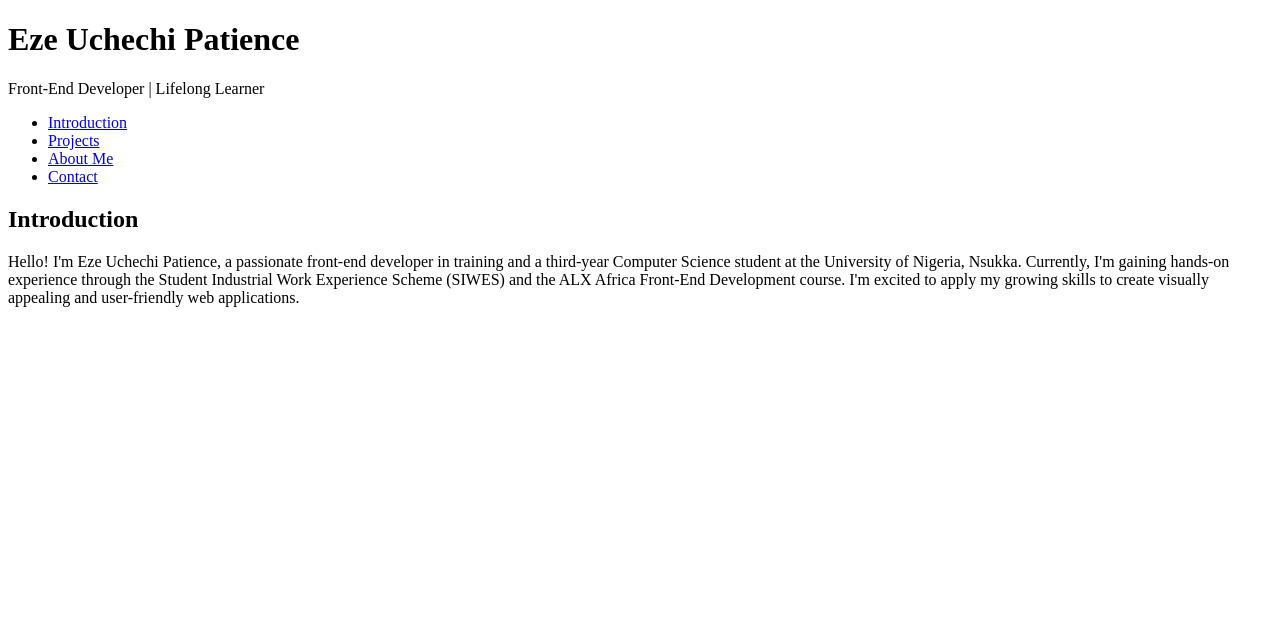
Repository: Patience225/My_First_Portfolio
Page: Portfolio/index.html
These files come from the project's save history. The page is drawn as it stood at one moment and after a run of saves; the edit follows.
The browser window is 1280 px wide. The pictures show the whole page.

Above is the page before, as saved 2024-12-16 13:15:51.

After the next 2 saves:
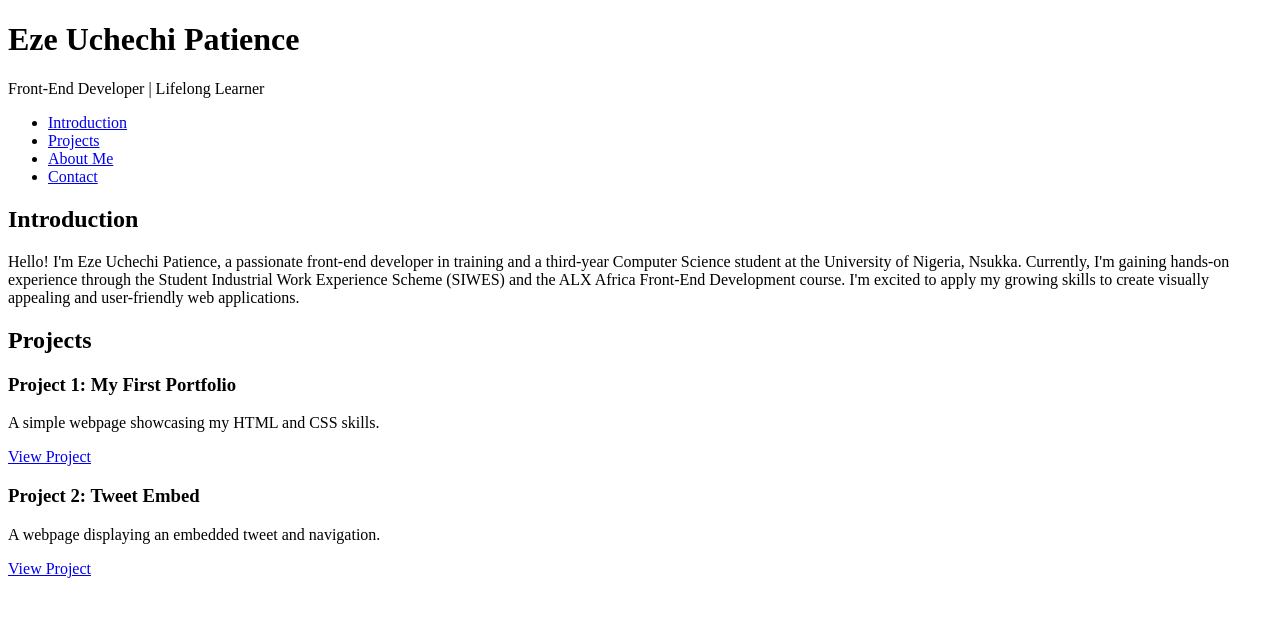
The 2 saves are shown as one change because they came seconds apart.
The last was saved 3 min 0 s later.
--- a/Portfolio/index.html
+++ b/Portfolio/index.html
@@ -21,7 +21,22 @@
       <h2>Introduction</h2>
     <p>Hello! I'm Eze Uchechi Patience, a passionate front-end developer in training and a third-year Computer Science student at the University of Nigeria, Nsukka. Currently, I'm gaining hands-on experience through the Student Industrial Work Experience Scheme (SIWES) and the ALX Africa Front-End Development course. I'm excited to apply my growing skills to create visually appealing and user-friendly web applications.</p>
     </section>
-    <section id="projects"></section>
+    <section id="projects">
+      <section id="projects">
+        <h2>Projects</h2>
+        <article class="project">
+            <h3>Project 1: My First Portfolio</h3>
+            <p>A simple webpage showcasing my HTML and CSS skills.</p>
+            <a href="https://github.com/YourGitHubUsername/My_First_Portfolio" target="_blank">View Project</a>
+        </article>
+        <article class="project">
+            <h3>Project 2: Tweet Embed</h3>
+            <p>A webpage displaying an embedded tweet and navigation.</p>
+            <a href="https://github.com/YourGitHubUsername/My_First_Portfolio" target="_blank">View Project</a>
+        </article>
+    </section>
+
+    </section>
     <section id="about"></section>
     <section id="contact"></section>
     <footer>
